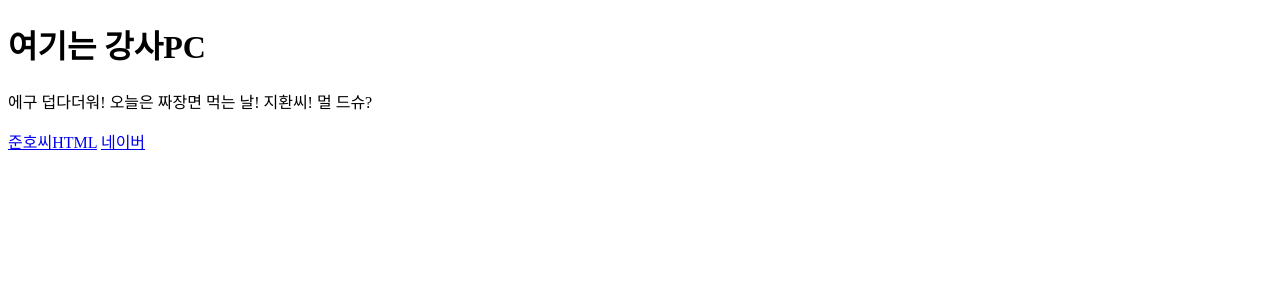
Repository: Sanetuk/jspprojects
Page: myweb/src/main/webapp/myhtml.html
An editor plug-in stored every save of this project. The page is shown before and after the next save, followed by the edit.
The browser window is 1280 px wide. The pictures show the whole page.

Above is the page before, as saved 2024-08-06 02:29:12.

### myweb/src/main/webapp/myhtml.html
<!DOCTYPE html>
<html>
<head>
<meta charset="UTF-8">
<title>Insert title here</title>
</head>
<body>
	<h1>여기는 강사PC</h1>
	<p>에구 덥다더워! 오늘은 짜장면 먹는 날! 지환씨! 멀 드슈?</p>
	<a href="http://172.168.10.11:9000/myweb/myhtml.html">준호씨HTML</a>
	<a href="http://www.naver.com">네이버</a>
</body>
</html>

After the next save:
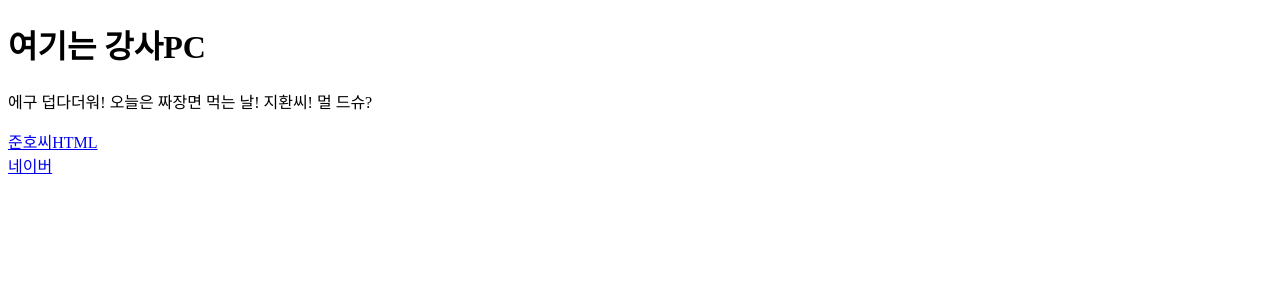
Saved 25 min 53 s later.
--- a/myweb/src/main/webapp/myhtml.html
+++ b/myweb/src/main/webapp/myhtml.html
@@ -7,7 +7,7 @@
 <body>
 	<h1>여기는 강사PC</h1>
 	<p>에구 덥다더워! 오늘은 짜장면 먹는 날! 지환씨! 멀 드슈?</p>
-	<a href="http://172.168.10.11:9000/myweb/myhtml.html">준호씨HTML</a>
+	<a href="http://172.168.10.11:9000/myweb/myhtml.html">준호씨HTML</a><br>
 	<a href="http://www.naver.com">네이버</a>
 </body>
 </html>
